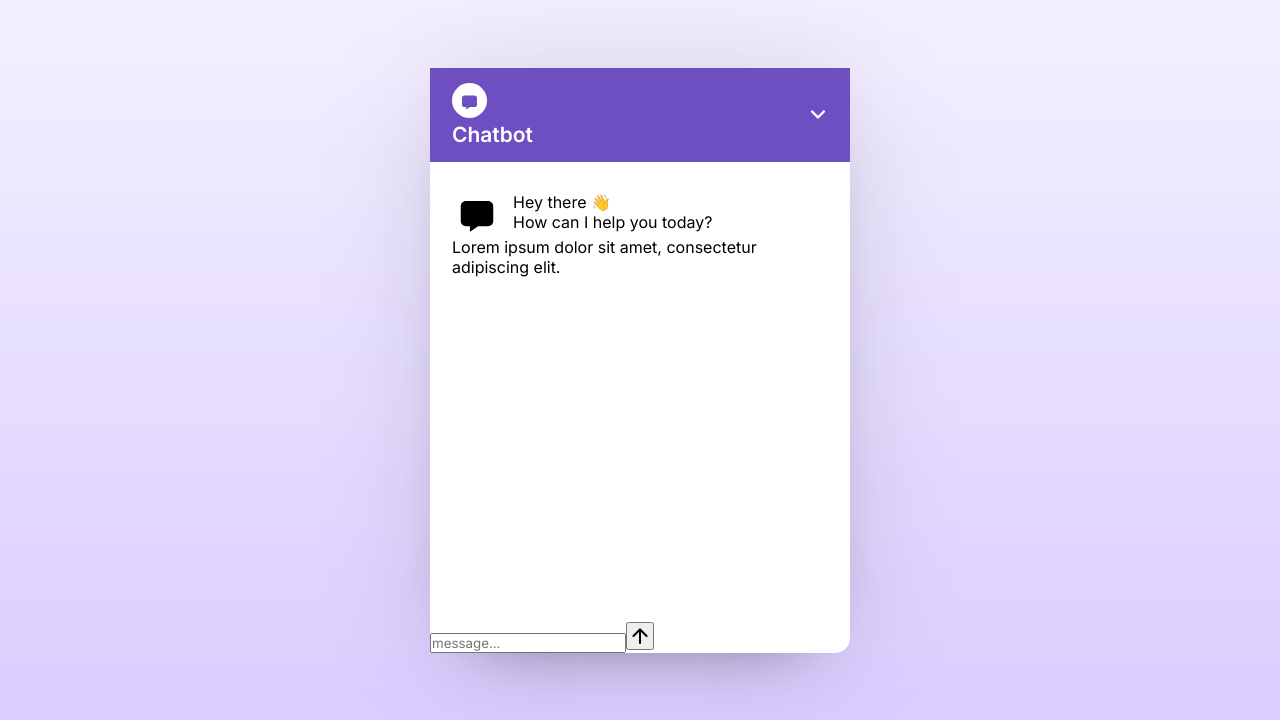
Repository: gogg23/chatbot
Page: / (app in chatbot/)
An editor plug-in stored every save of this project. The page is shown before and after the next save, followed by the edit.
The browser window is 1280 px wide. The pictures show the whole page.
The project was rebuilt for these pictures with package versions that can differ from the ones it lists, and the page was loaded fresh each time. Also part of the build but not shown: chatbot/vite.config.js.

Above is the page before, as saved 2025-01-17 10:51:58.

After the next save:
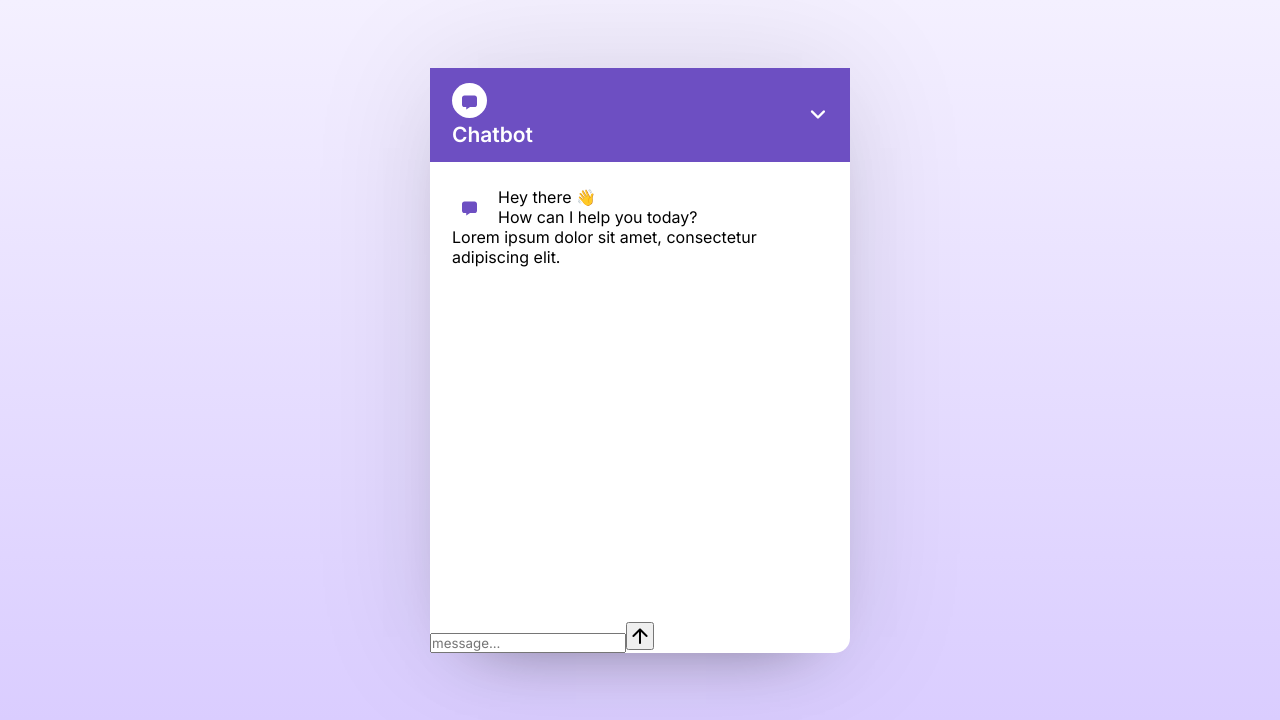
Saved 6 min 21 s later.
--- a/chatbot/src/index.css
+++ b/chatbot/src/index.css
@@ -83,3 +83,13 @@ body {
   gap: 11px;
   align-items: center;
 }
+
+.chat-body .bot-message svg {
+  height: 35px;
+  width: 35px;
+  padding: 6px;
+  flex-shrink: 0;
+  fill: #6d4fc2;
+  background: #fff;
+  border-radius: 50%;
+}
